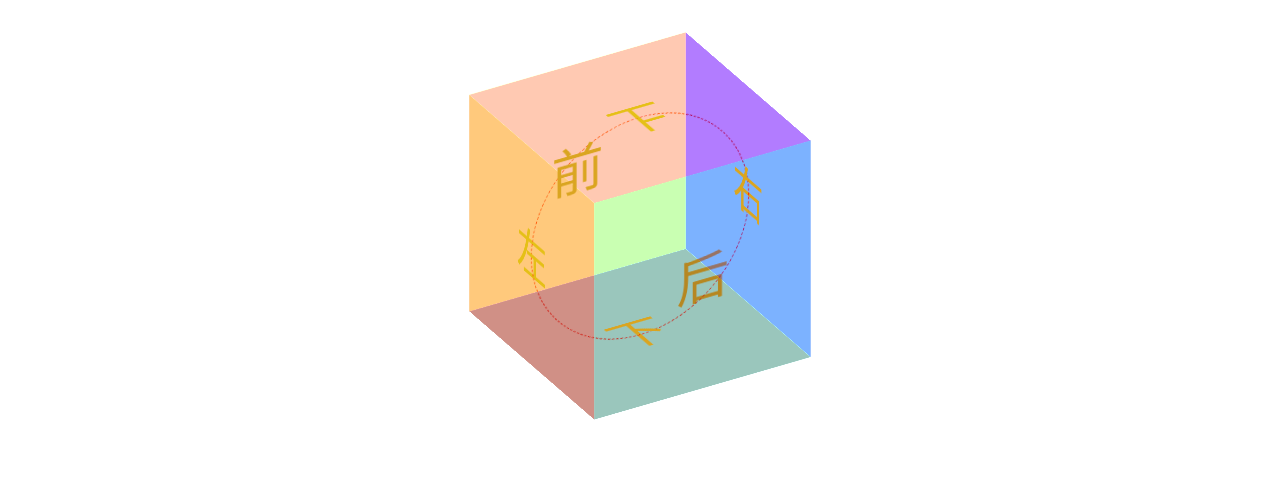
Repository: Germtao/Web
Page: web_css/css3_动画.html
An editor plug-in stored every save of this project. The page is shown before and after the next save, followed by the edit.
The browser window is 1280 px wide. The pictures show the whole page.

Above is the page before, as saved 2020-11-03 15:21:25.

### web_css/css3_动画.html
<!DOCTYPE html>
<html lang="en">

<head>
  <meta charset="UTF-8">
  <meta name="viewport" content="width=device-width, initial-scale=1.0">
  <title>CSS3-动画</title>

  <!-- <style>
    .box {
      width: 200px;
      height: 200px;
      background-color: green;
      margin: 100px auto;

      /* 只让宽度在变化时进行过渡 */
      /* transition: width 2s linear 0s; */

      /* 宽度、背景色在变化时，进行过渡 */
      transition: all 2s linear 0s;
    }

    .box:hover {
      width: 500px;
      background-color: orange;
    }
  </style> -->

  <!-- 过渡动画：商品详情 -->
  <!-- <style>
    body {
      margin: 0;
      padding: 0;
      background-color: #eeeeee;
    }

    .content {
      width: 800px;
      height: 320px;
      padding-left: 20px;
      margin: 80px auto;
    }

    .item {
      width: 230px;
      height: 300px;
      text-align: center;
      margin-right: 20px;
      background-color: #FFF;
      float: left;
      position: relative;
      top: 0;
      /* 让溢出的内容隐藏起来。意思是让下方的橙色方形先躲起来 */
      overflow: hidden;
      /* 从最初到鼠标悬停时的过渡 */
      transition: all .5s;
    }

    .item img {
      margin-top: 30px;
    }

    .item .desc {
      position: absolute;
      left: 0;
      bottom: -80px;
      width: 100%;
      height: 80px;
      background-color: #ff6700;
      transition: all .5s;
    }

    /* 鼠标悬停时，让 item 整体往上移动5px，且加一点阴影 */
    .item:hover {
      top: -5px;
      box-shadow: 0 0 15px #AAA;
    }

    /* 鼠标悬停时，让下方的橙色方形现身 */
    .item:hover .desc {
      bottom: 0;
    }
  </style> -->

  <!-- 2D转换动画 -->
  <!-- <style>
    .box {
      width: 1000px;
      margin: 100px auto;
    }

    /* .box div { */
    .box>div {
      width: 300px;
      height: 150px;
      background-color: pink;
      float: left;
      margin-right: 15px;
      color: white;
      text-align: center;
      font: 400 30px/150px "宋体";
    }

    /* .box .box2 {
      background-color: greenyellow;
      transition: all 1s;
    } */
    div:nth-child(2) {
      background-color: greenyellow;
      transition: all 1s;
    }

    div:nth-child(3) {
      transition: all 2s;
    }

    /* .box .box2:hover {
      background-color: green; */
    /* 缩放 */
    /* transform: scale(2, 0.5); */
    /* } */
    div:nth-child(2):hover {
      background-color: green;
      /* 位移 */
      transform: translate(-50%, 50%);
    }

    div:nth-child(3):hover {
      transform: rotate(-405deg);
    }
  </style> -->

  <!-- 3D 转换 -->
  <!-- <style>
    .rotateX {
      width: 300px;
      height: 226px;
      margin: 200px auto;

      /*
        透视: 加给变换的父盒子
        设置的是用户的眼睛距离 平面的距离
        透视效果只是视觉上的呈现，并不是正真的3d
      */
      perspective: 110px;
    }

    img {
      transition: transform 2s;
    }

    /* 所有的3d旋转，对着正方向去看，都是顺时针旋转 */
    .rotateX:hover img {
      /* transform: rotateX(360deg); */
      /* transform: rotateY(360deg); */
      transform: rotateZ(360deg);
    }
  </style> -->

  <!-- 3D转换 案例 -->
  <!-- <style>
    body {
      background-color: cornflowerblue;
    }

    .box {
      width: 300px;
      height: 300px;
      margin: 50px auto;
      position: relative;
    }

    .box>div {
      width: 100%;
      height: 100%;
      position: absolute;
      border-radius: 50%;
      transition: all 2s;
      backface-visibility: hidden;
    }

    .box1 {
      /* 默认显示图片的左半边 */
      background: url(img/example.png) left 0 no-repeat;
    }

    .box2 {
      background: url(img/example.png) right 0 no-repeat;
      /* 让图片的右半边默认时，旋转180度，就可以暂时隐藏起来 */
      transform: rotateY(180deg);
    }

    .box:hover .box1 {
      /* 让图片的左半边转消失 */
      transform: rotateY(180deg);
    }

    .box:hover .box2 {
      /* 让图片的左半边转出现 */
      transform: rotateY(0deg);
    }
  </style> -->

  <!-- 3D转换: 位移 -->
  <!-- <style>
    body {
      /* 给box的父元素加透视效果, 为了 Z 效果能显示 */
      perspective: 1000px;
    }

    .box {
      width: 200px;
      height: 200px;
      background: green;
      transition: all 1s;
      margin: 200px auto;
    }

    .box:hover {
      /* transform: translateX(100px); */
      /* transform: translateY(100px); */
      transform: translateZ(100px);
    }
  </style> -->

  <!-- 3D呈现（transform-style）-->
  <style>
    .box {
      width: 250px;
      height: 250px;
      border: 1px dashed red;
      margin: 100px auto;
      position: relative;
      border-radius: 50%;

      /* 让子盒子保持3d效果 */
      transform-style: preserve-3d;

      transform: rotateX(30deg) rotateY(-30deg);
    }

    .box>div {
      width: 100%;
      height: 100%;
      position: absolute;
      text-align: center;
      line-height: 250px;
      font-size: 60px;
      color: #daa520;
    }

    .left {
      background-color: rgba(255, 0, 0, 0.3);
      /* 变换中心 */
      transform-origin: left;
      transform: rotateY(90deg) translateX(-125px);
    }

    .right {
      background-color: rgba(0, 0, 255, 0.3);
      transform-origin: right;
      transform: rotateY(90deg) translateX(125px);
    }

    .up {
      background: rgba(255, 0, 255, 0.3);
      transform: rotateX(90deg) translateZ(125px);
    }

    .down {
      background: rgba(99, 66, 33, 0.3);
      transform: rotateX(-90deg) translateZ(125px);
    }

    .forward {
      background: rgba(255, 255, 0, 0.3);
      transform: translateZ(125px);
    }

    .back {
      background: rgba(0, 255, 255, 0.3);
      transform: translateZ(-125px);
    }

    @keyframes gun {
      0% {
        transform: rotateX(0deg) rotateY(0deg);
      }

      100% {
        transform: rotateX(360deg) rotateY(360deg);
      }
    }
  </style>
</head>

<body>
  <!-- <div class="box"></div> -->

  <!-- 过渡动画：商品详情 -->
  <!-- <div class="content">
    <div class="item">
      <img src="img/倪妮.jpg" alt="">
    </div>

    <div class="item">
      <img src="img/宋轶.jpeg" alt="">
      <span class="desc"></span>
    </div>

    <div class="item">
      <img src="img/李沁.jpg" alt="">
      <span class="desc"></span>
    </div>
  </div> -->

  <!-- 2D转换动画 -->
  <!-- <div class="box">
    <div class="box1">1</div>
    <div class="box2">2</div>
    <div class="box3">3</div>
  </div> -->

  <!-- 3D转换: 旋转 -->
  <!-- <div class="rotateX">
    <img src="img/宋轶.jpeg" alt="">
  </div> -->

  <!-- 3D转换: 旋转demo -->
  <!-- <div class="box">
    <div class="box1"></div>
    <div class="box2"></div>
  </div> -->

  <!-- 3D转换: 位移 -->
  <!-- <div class="box"></div> -->

  <!-- 3D呈现（transform-style）-->
  <div class="box">
    <div class="up">上</div>
    <div class="down">下</div>
    <div class="left">左</div>
    <div class="right">右</div>
    <div class="forward">前</div>
    <div class="back">后</div>
  </div>
</body>

</html>

After the next save:
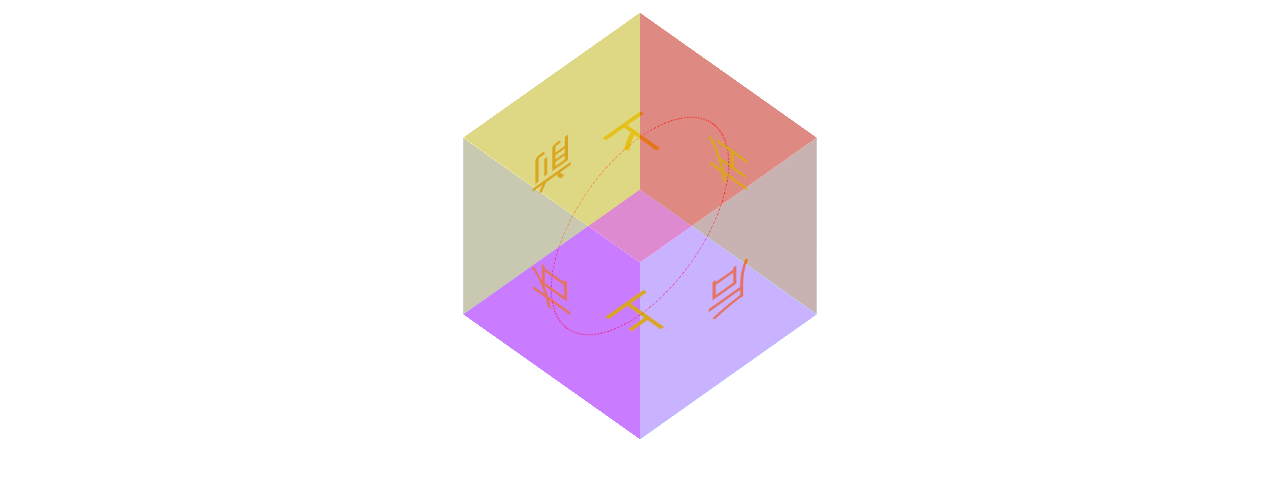
Saved 31 s later.
--- a/web_css/css3_动画.html
+++ b/web_css/css3_动画.html
@@ -236,7 +236,8 @@
       /* 让子盒子保持3d效果 */
       transform-style: preserve-3d;
 
-      transform: rotateX(30deg) rotateY(-30deg);
+      /* transform: rotateX(30deg) rotateY(-30deg); */
+      animation: gun 8s linear infinite;
     }
 
     .box>div {
